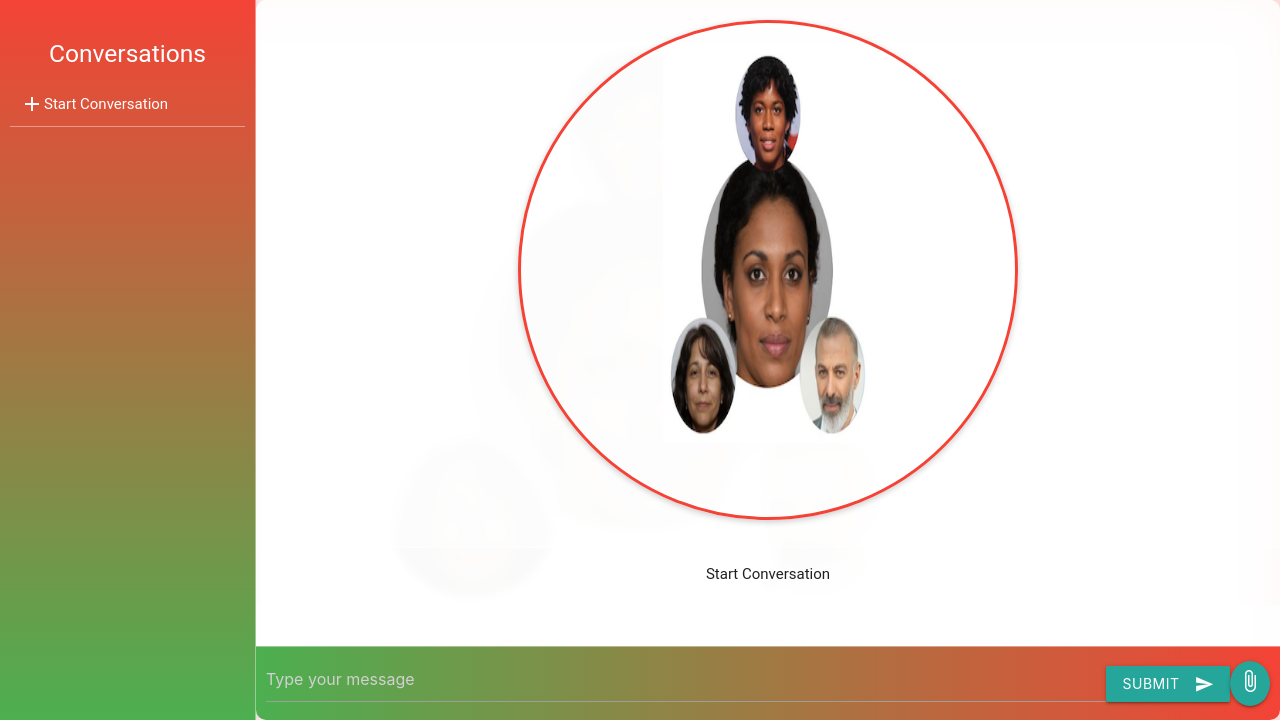
Repository: jcuzcan/sesmag
Page: / (app in frontend/)
The author's editor kept a copy of each file at every save. The page is drawn from the files as they stood at one save, then again after the next save.
The browser window is 1280 px wide. The pictures show the whole page.
The page's requests for data from a server got no answer. The project was rebuilt for these pictures with package versions that can differ from the ones it lists, and the page was loaded fresh each time. No one was signed in, and anything a server would have sent is missing.

Above is the page before, as saved 2024-12-09 22:10:45.

After the next save:
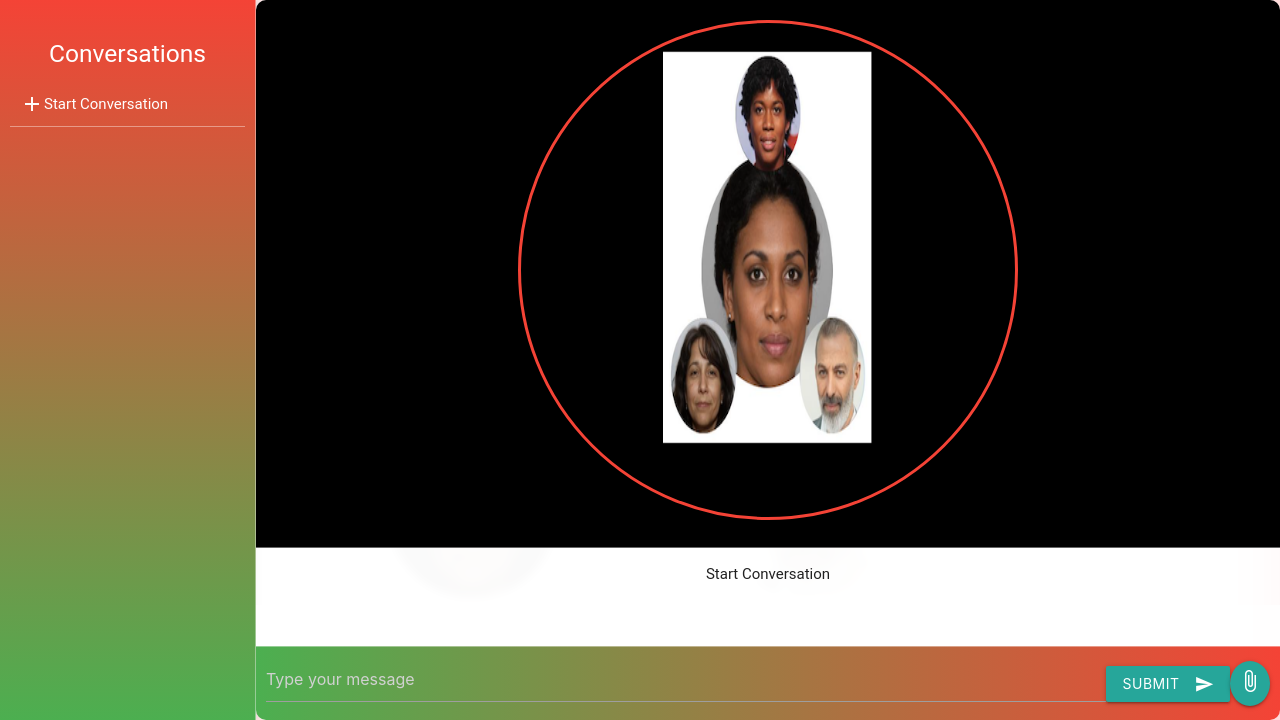
Saved 2 min 20 s later.
--- a/frontend/src/App.css
+++ b/frontend/src/App.css
@@ -75,8 +75,8 @@
   width: 100%;
   text-align: center;
   padding: 20px;
-  background: rgba(255, 255, 255, 0.3); /* Light snowy effect */
-  border-bottom: 1px solid rgba(255, 255, 255, 0.4);
+  background: black; /* Set the background color to black */
+  border-bottom: 1px solid rgba(255, 255, 255, 0.4); /* Optional: keeps a slight border effect */
 }
 
 .image-container img {

After the save that followed:
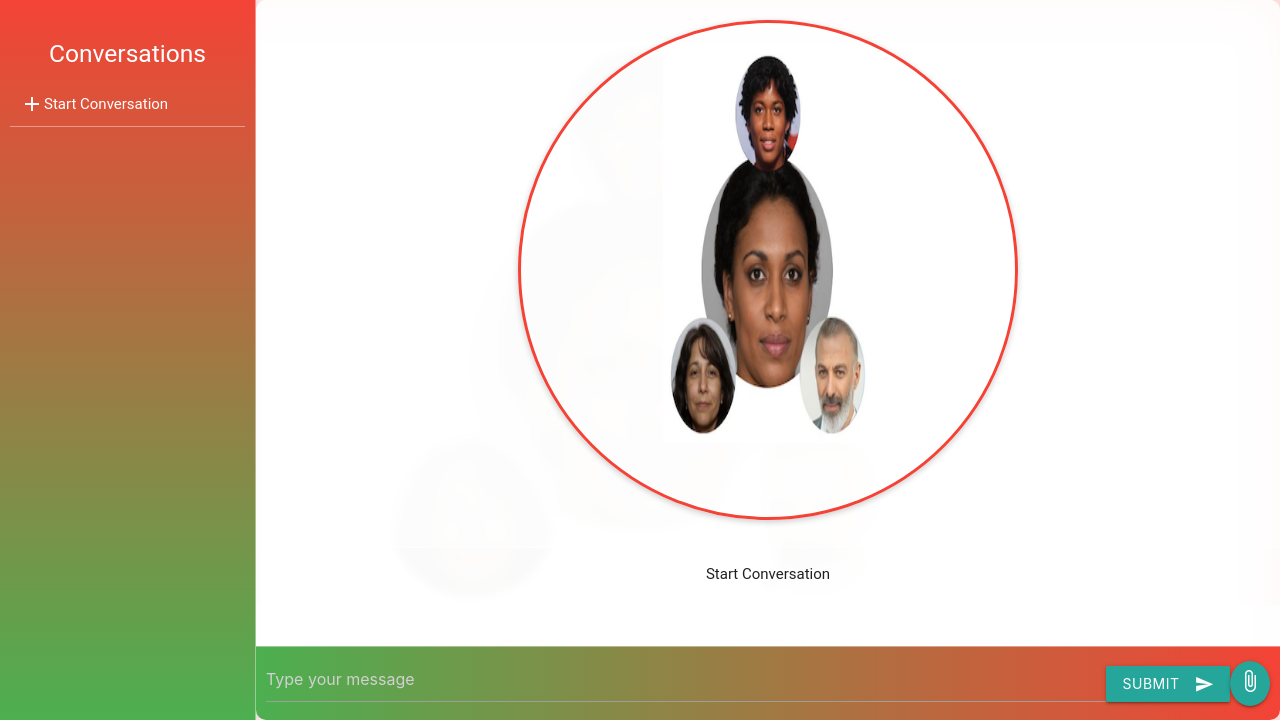
Saved 12 s later.
--- a/frontend/src/App.css
+++ b/frontend/src/App.css
@@ -75,8 +75,8 @@
   width: 100%;
   text-align: center;
   padding: 20px;
-  background: black; /* Set the background color to black */
-  border-bottom: 1px solid rgba(255, 255, 255, 0.4); /* Optional: keeps a slight border effect */
+  background: rgba(255, 255, 255, 0.3); /* Light snowy effect */
+  border-bottom: 1px solid rgba(255, 255, 255, 0.4);
 }
 
 .image-container img {
